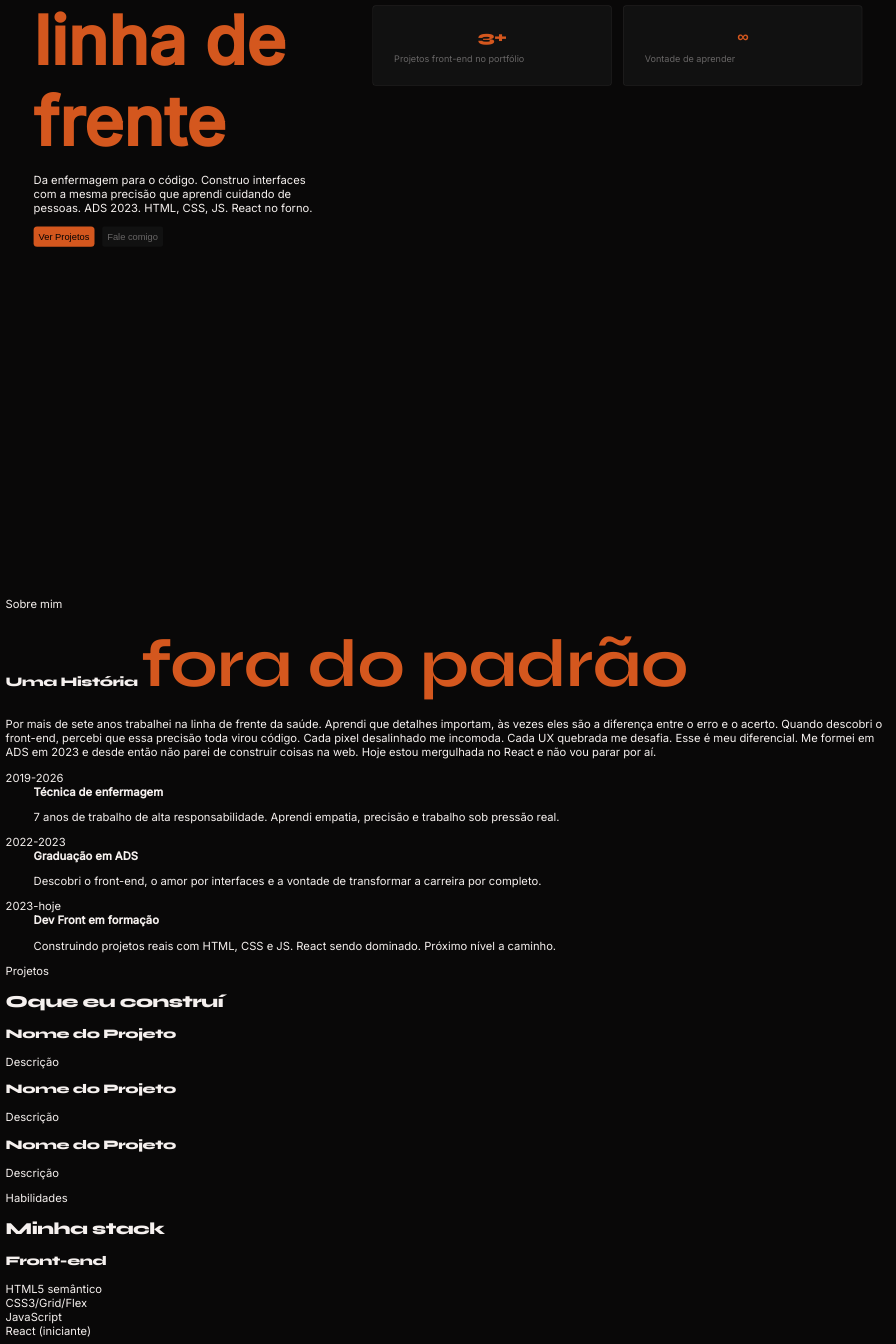
Repository: Bitroia/Portifolio
Page: index.html
An editor plug-in stored every save of this project. The page is shown before and after a run of saves, followed by the edit.
The browser window is 1280 px wide. The pictures show the part of the page from y = 519 to 2439 px (the page is 3142 px tall), at 70% of full size.
Some web fonts or font styles are not loaded; a fallback is used.

Above is the page before, as saved 2026-04-29 19:21:52.

### index.html
<!doctype html>
<html lang="pt-br">
  <head>
    <meta charset="UTF-8" />
    <meta name="viewport" content="width=device-width, initial-scale=1.0" />
    <link rel="stylesheet" href="styles/style.css" />
    <script src="scripts/script.js" defer></script>
    <link
      href="https://fonts.googleapis.com/css2?family=Syne:wght@400;700;800&family=Inter:wght@300;400;500&display=swap"
      rel="stylesheet"
    />
    <link
      href="https://fonts.googleapis.com/css2?family=Syne:wght@400;700;800&family=Syne+Mono&family=Inter:wght@300;400;500&display=swap"
      rel="stylesheet"
    />
    <title>Meu portifólio</title>
  </head>
  <body>
    <header>
      <nav id="nav-container">
        <h2>vitoria.cardozo</h2>
        <ul id="ul-container">
          <li><a href="#">SOBRE</a></li>
          <li><a href="#">PROJETOS</a></li>
          <li><a href="#">SKILLS</a></li>
          <li><a href="#">CONTATO</a></li>
        </ul>
      </nav>
    </header>
    <main>
      <section id="sections-container">
        <section id="introduction-section">
          <p class="avaible-p">Disponível para oportunidades</p>
          <span class="line-1">Front-end</span>
          <span class="line-2">que veio da</span>
          <span class="accent">linha de frente</span>
          <p>
            Da enfermagem para o código. Construo interfaces <br />
            com a mesma precisão que aprendi cuidando de <br />
            pessoas. ADS 2023. HTML, CSS, JS. React no forno.
          </p>
          <button id="projects-btn">Ver Projetos</button>
          <button id="talk-to-me-btn">Fale comigo</button>
        </section>
        <section id="secondary-section">
          <div id="info-container">
            <div class="terminal-bar">
              <span class="dot red"></span>
              <span class="dot yellow"></span>
              <span class="dot green"></span>
              <span class="terminal-title">perfil.json</span>
            </div>
            <div id="code-info-container">
              <pre><code><span class="t-comment">// desenvolvendo front-end</span>
  {
<span class="t-key">"nome"</span>: <span class="t-str">"Vitoria Cardozo"</span>,
<span class="t-key">"stack"</span>: [<span class="t-str">"HTML"</span>, <span class="t-str">"CSS"</span>, <span class="t-str">"JS"</span>, <span class="t-str">"React"</span>],
<span class="t-key">"formação"</span>: <span class="t-str">"ADS 2023"</span>,
<span class="t-key">"background"</span>: <span class="t-str">"Enfermagem"</span>,
<span class="t-key">"status"</span>: <span class="t-const">open_to_work</span>
 }
              </code></pre>
            </div>
          </div>
          <ul class="mini-cards-container">
            <li class="mini-card">
              <span class="num">5+</span>
              <span class="label">Anos desenvolvendo atenção a detalhes</span>
            </li>
            <li class="mini-card">
              <span class="num">ADS</span>
              <span class="label">Graduação em Análise e desenvolvimento de Sistemas</span>
            </li>
            <li class="mini-card">
              <span class="num">3+</span>
              <span class="label">Projetos front-end no portfólio</span>
            </li>
            <li class="mini-card">
              <span class="num">&#8734;</span>
              <span class="label">Vontade de aprender</span>
            </li>
          </ul>
        </section>
      </section>
      <section id="about-me-section">
        <section id="history-section">
          <span class="title">Sobre mim</span>
          <h1 class="broke-line">
            Uma História <span class="accent">fora do padrão</span>
          </h1>
          <p>
            Por mais de sete anos trabalhei na linha de frente da saúde. Aprendi
            que detalhes importam, às vezes eles são a diferença entre o erro e
            o acerto. Quando descobri o front-end, percebi que essa precisão
            toda virou código. Cada pixel desalinhado me incomoda. Cada UX
            quebrada me desafia. Esse é meu diferencial. Me formei em ADS em
            2023 e desde então não parei de construir coisas na web. Hoje estou
            mergulhada no React e não vou parar por aí.
          </p>
        </section>
        <section id="experiences-section">
          <dl class="experiences-list">
            <dt class="date-exp">2019-2026</dt>
            <dd class="desc-exp">
              <strong>Técnica de enfermagem</strong>
              <p>
                7 anos de trabalho de alta responsabilidade. Aprendi empatia,
                precisão e trabalho sob pressão real.
              </p>
            </dd>
            <dt class="date-exp">2022-2023</dt>
            <dd class="desc-exp">
              <strong>Graduação em ADS</strong>
              <p>
                Descobri o front-end, o amor por interfaces e a vontade de
                transformar a carreira por completo.
              </p>
            </dd>
            <dt class="date-exp">2023-hoje</dt>
            <dd class="desc-exp">
              <strong>Dev Front em formação</strong>
              <p>
                Construindo projetos reais com HTML, CSS e JS. React sendo
                dominado. Próximo nível a caminho.
              </p>
            </dd>
          </dl>
        </section>
      </section>
      <section id="projects-section">
        <span class="title">Projetos</span>
        <h2>Oque eu construí</h2>
        <article class="project-card">
          <h3>Nome do Projeto</h3>
          <p>Descrição</p>
        </article>
        <article class="project-card">
          <h3>Nome do Projeto</h3>
          <p>Descrição</p>
        </article>
        <article class="project-card">
          <h3>Nome do Projeto</h3>
          <p>Descrição</p>
        </article>
      </section>
      <section id="skills-section">
        <span class="title">Habilidades</span>
        <h1>Minha stack</h1>
        <article class="stack-card">
          <h3>Front-end</h3>
          <ul class="stack-ul">
            <li>HTML5 semântico</li>
            <li>CSS3/Grid/Flex</li>
            <li>JavaScript</li>
            <li>React (iniciante)</li>
          </ul>
        </article>
        <article class="stack-card">
          <h3>Ferramentas</h3>
          <ul class="stack-ul">
            <li>Git & GitHub</li>
            <li>VS Code</li>
            <li>Figma Básico</li>
            <li>DevTools</li>
          </ul>
        </article>
        <article class="stack-card">
          <h3>Aprendendo</h3>
          <ul class="stack-ul">
            <li>React Hooks</li>
            <li>Node.js</li>
            <li>Testes</li>
          </ul>
        </article>
        <article class="stack-card">
          <h3>Diferenciais</h3>
          <ul class="stack-ul">
            <li>Atenção a detalhes</li>
            <li>Empatia com usuário</li>
            <li>Alta pressão</li>
          </ul>
        </article>
      </section>
      <section id="finish-section">
        <span class="title">Contato</span>
        <h1>
          Vamos trabalhar
          <span class="accent">juntos?</span>
        </h1>
        <p>
          Aberta a oportunidades, freelas e parcerias. Manda uma mensagem,
          responderei rápido.
        </p>
        <a href="#" class="contact-link">meuemail@email.com</a>
        <a href="#" class="contact-link">in/ LinkedIn</a>
        <a href="#" class="contact-link">gh/ GitHub</a>
      </section>
    </main>
    <footer>
      <p>Data, meu nome</p>
      <p>built with HTML, CSS & determinação</p>
    </footer>
  </body>
</html>

### styles/style.css
:root {
  --fundo-geral: #090808;
  --fundo-cards: #111111;
  --hovers: #d8b5b5;
  --text: #f5f0ee;
  --second-text: #f5f0ee61;
  --dark-text: #050202;
  --accent: #d4571e;
  --accent-hover: #d4581ea9;
  --border: #f5f0ee12;
  --t-str: #7dd3fc;
  --t-comment: #5a6a1f;
  --font-title: "Syne", sans-serif;
  --font-body: "Inter", sans-serif;
}

* {
  padding: 0;
}

h1,
h2,
h3 {
  font-weight: 800;
  letter-spacing: -0.03em;
  color: var(--text);
  font-family: var(--font-title);
}

p{
  col
}
body {
  background-color: var(--fundo-geral);
  color: var(--text);
  font-family: var(--font-body);
  font-weight: 400;
}

/* Header */

header {
  border-bottom: 1px solid var(--border);
}

#nav-container {
  display: flex;
  justify-content: space-between;
  padding: 0.5px;
}

#ul-container {
  display: flex;
  list-style: none;
  gap: 1rem;
}

#ul-container a {
  text-decoration: none;
  color: var(--second-text);
  font-size: 13px;
  transition: 0.5s;
}

#ul-container a:hover {
  color: var(--hovers);
}

/* Apresentação */

.line-1 {
  color: var(--text);
  display: block;
  font-weight: bold;
  font-size: 7rem;
  width: 100%;
}

.line-2 {
  color: var(--second-text);
  display: block;
  font-size: 4rem;
  width: 100%;
}

.accent {
  color: var(--accent);
  font-weight: bold;
  font-size: 6rem;
}

.avaible-p {
  color: var(--accent);
}

/* Cards */

#info-container {
  display: flex;
  flex-direction: column;
  width: 700px;
  border-radius: 5px;
}

.terminal-bar {
  display: flex;
  gap: 8px;
  align-items: center;
  padding: 10px 14px;
  background-color: #181818;
  border-bottom: 2px solid var(--fundo-cards);
  border-radius: 5px;
  margin-bottom: 0;
}

.dot {
  width: 12px;
  height: 12px;
  border-radius: 50%;
}

.dot.red {
  background-color: #ff5f57;
}
.dot.yellow {
  background: #ffbd2e;
}
.dot.green {
  background: #28c840;
}

.terminal-title {
  font-family: var(--font-mono);
  font-size: 11px;
  color: var(--second-text);
  margin: 0 auto;
}

#code-info-container {
  color: var(--second-text);
  background-color: var(--fundo-cards);
  border-radius: 3px;
  font-size: 12px;
  line-height: 2;
  height: 210px;
}

#code-info-container pre {
  margin: 0;
  padding: 1rem;
  white-space: pre; /* mantém a formatação do código */
  max-width: 100%; /* não vaza do pai */
}

.t-comment {
  color: var(--t-comment);
}

.t-key {
  color: var(--accent);
}

.t-str {
  color: var(--t-str);
}
/* Sessões */

#introduction-section {
  flex: 1;
}

#secondary-section {
  width: 700px;
  height: 550px;
}

.mini-cards-container {
  display: grid;
  grid-template-columns: repeat(2, 1fr);
  gap: 16px;
  width: 700px;
}

.mini-card {
  display: flex;
  border: 1px solid var(--border);
  padding: 30px;
  list-style: none;
  text-align: center;
  flex-direction: column;
  border-radius: 5px;
  flex: 0 0 calc(50% - 8px);
  background-color: var(--fundo-cards);
}

.num {
  color: var(--accent);
  font-family: var(--font-title);
  font-size: 23px;
  font-weight: 800;
  letter-spacing: -0.03em;
  margin-bottom: 5px;
}

.mini-card .label {
  color: var(--second-text);
  text-align: left;
  margin-top: 5px;
  font-size: 13px;
}

#sections-container {
  display: flex;
  gap: 40px;
  margin-top: 3%;
  padding: 0 40px;
}

#introduction-section p {
  justify-self: left;
  display: block;
}

#about-me-section {
  margin-top: 500px;
}

/* Botões */

#projects-btn {
  background-color: var(--accent);
  padding: 7px;
  border-radius: 5px;
  border: none;
  color: var(--dark-text);
}

#talk-to-me-btn {
  background-color: var(--fundo-cards);
  padding: 7px;
  border-radius: 3px;
  border: var(--border);
  color: var(--second-text);
  margin-left: 7px;
}

#projects-btn:hover {
  background-color: var(--accent-hover);
}

Loaded but not shown: scripts/script.js (no stored copy; drawn as an empty file)

After the next 2 saves:
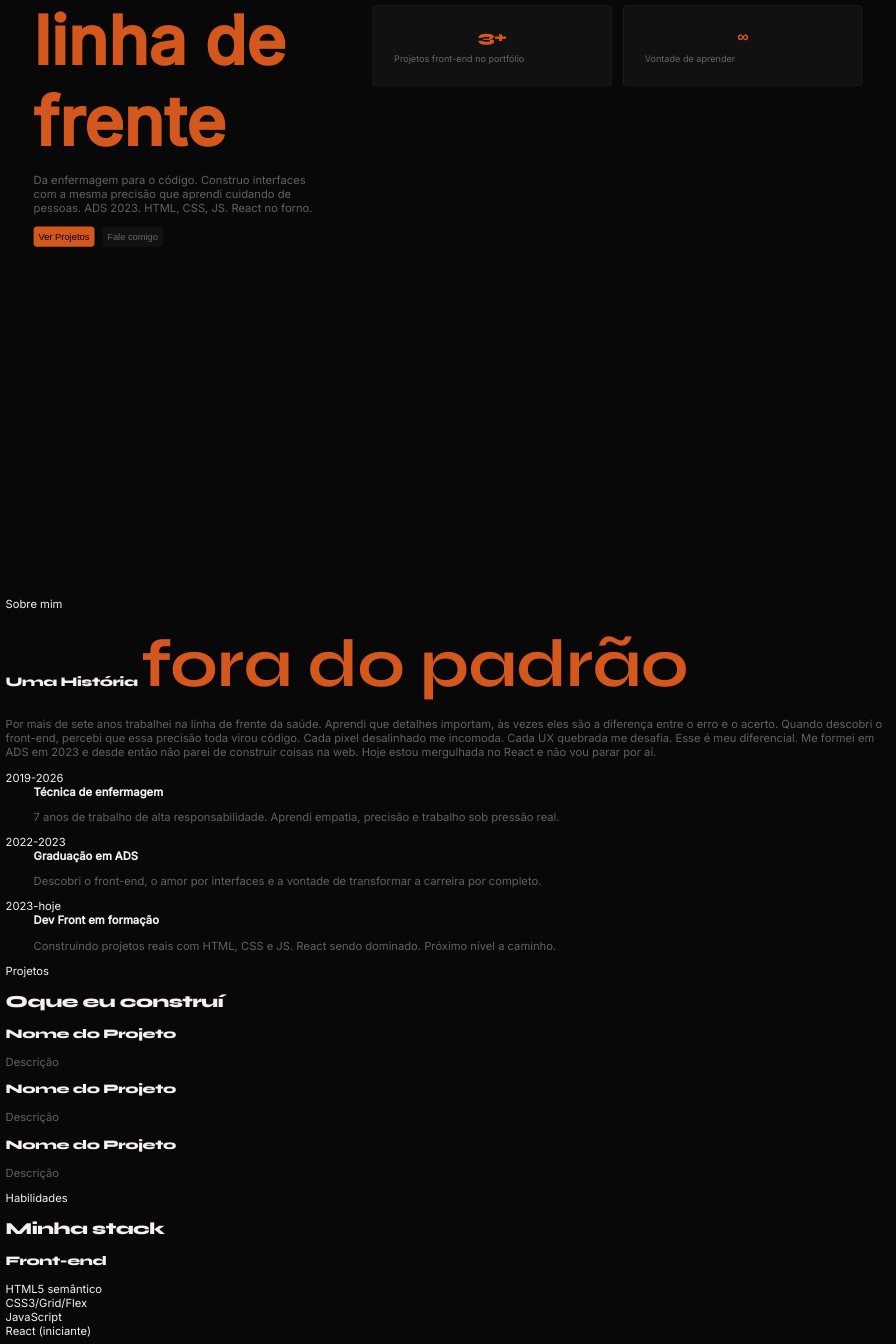
The 2 saves are shown as one change because they came seconds apart.
The last was saved 7 s later.
--- a/styles/style.css
+++ b/styles/style.css
@@ -28,7 +28,7 @@
 }
 
 p{
-  col
+  color: var(--second-text);
 }
 body {
   background-color: var(--fundo-geral);
